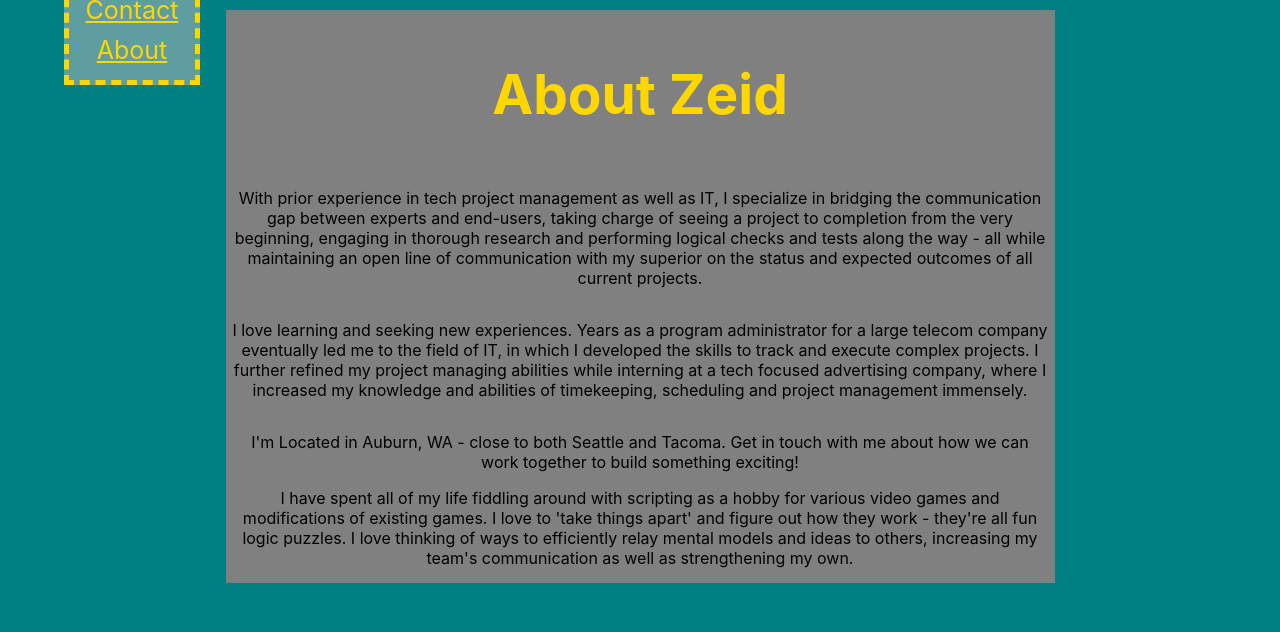
Repository: zeidalidiez/portfolioreact
Page: /
The author's editor kept a copy of each file at every save. The page is drawn from the files as they stood at one save, then again after the next save.
The browser window is 1280 px wide. The pictures show the whole page.
The project was rebuilt for these pictures with package versions that can differ from the ones it lists, and the page was loaded fresh each time. Also part of the build but not shown: src/components/Thumbnail.js, src/components/Projects.js, src/components/Contact.js.

Above is the page before, as saved 2021-02-08 18:11:13.

After the next save:
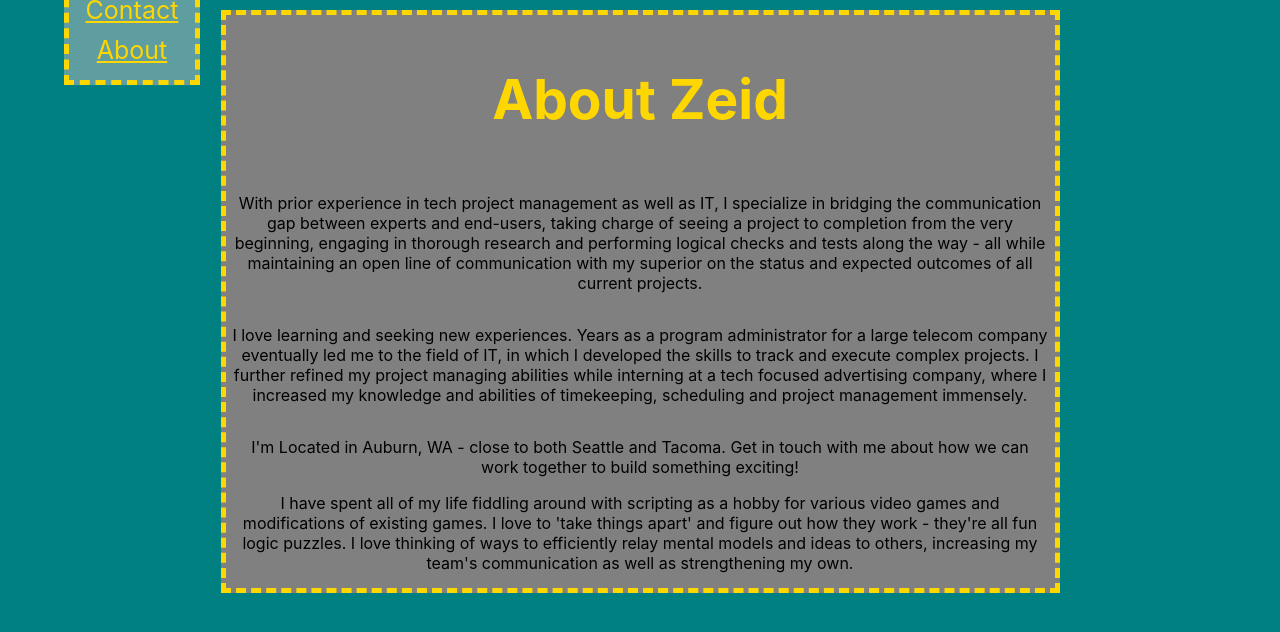
Saved 16 s later.
--- a/src/components/App.css
+++ b/src/components/App.css
@@ -94,6 +94,8 @@ a:active {
   background-color: grey;
   width: 65%;
   justify-self: center;
+  display: grid;
+  border: 5px dashed gold;
 
 }
 
